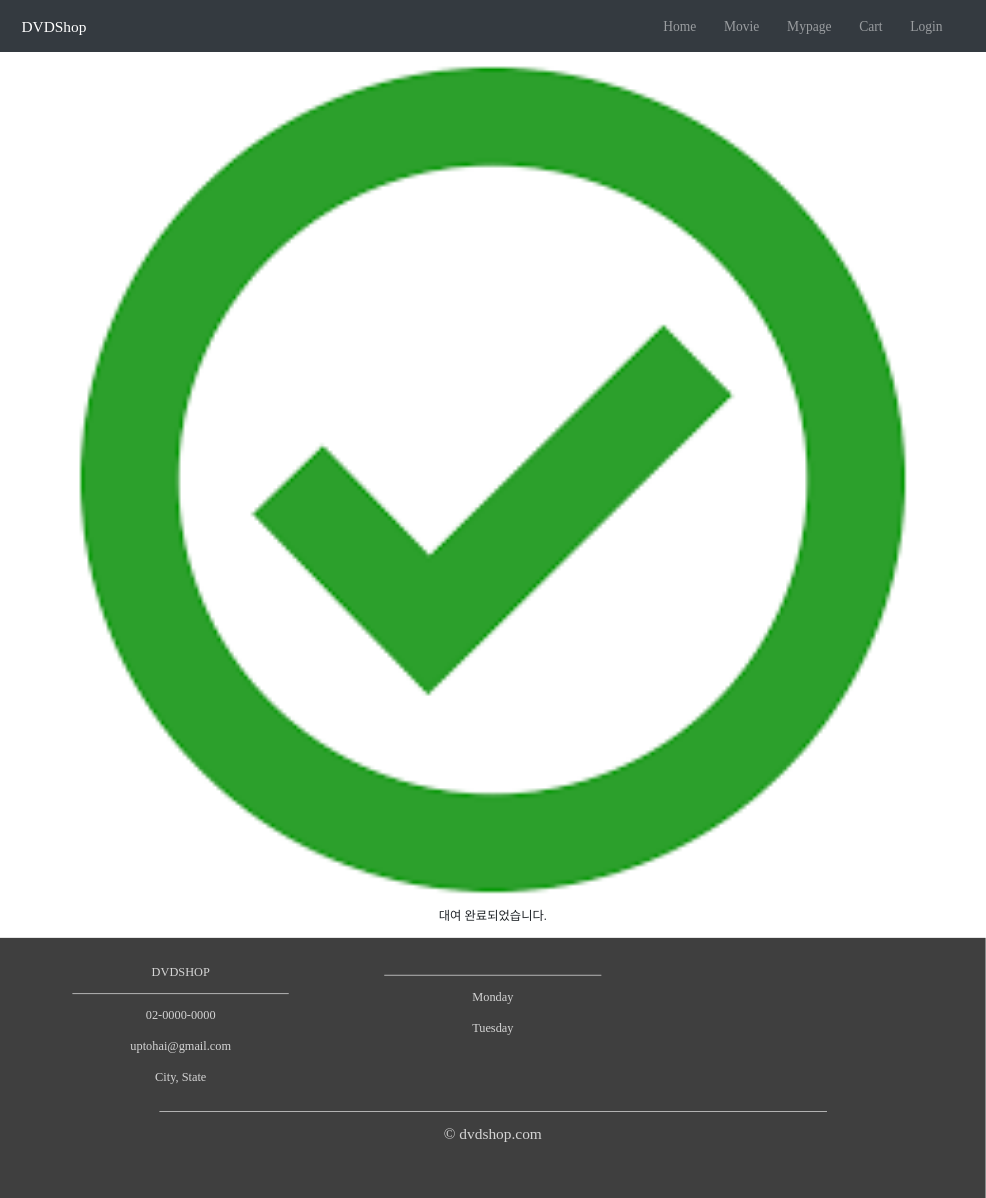
Repository: afterup/dvdshop
Page: http://localhost/shop_project/view/common/movie_rental.jsp
The author's editor kept a copy of each file at every save. The page is drawn from the files as they stood at one save, then again after the next save.
The browser window is 1280 px wide. The pictures show the whole page, at 77% of full size.
The page is served by Tomcat 9.

Above is the page before, as saved 2019-08-14 05:55:42.

After the next save:
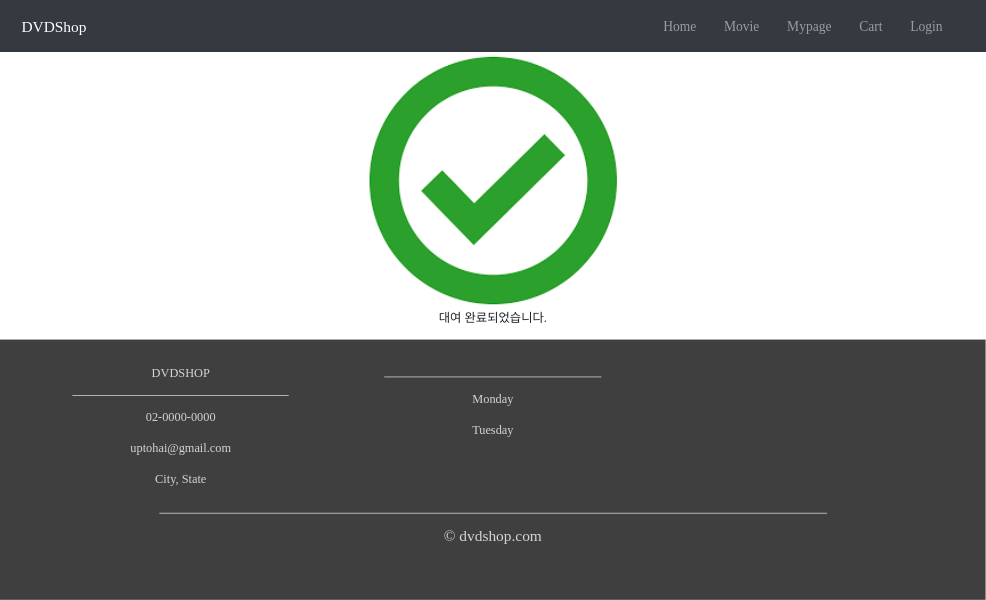
Saved 43 s later.
--- a/shop_project/WebContent/view/common/movie_rental.jsp
+++ b/shop_project/WebContent/view/common/movie_rental.jsp
@@ -46,8 +46,9 @@
 	<!-- main-->
 
 	<div class="container text-center" id="time">
-	<img src="${pageContext.request.contextPath}/img/check.png">
+	<img src="${pageContext.request.contextPath}/img/check.png" style="width:30%;">
 		<p>대여 완료되었습니다.</p>
+
 	</div>
 
 	<!-- Footer -->
